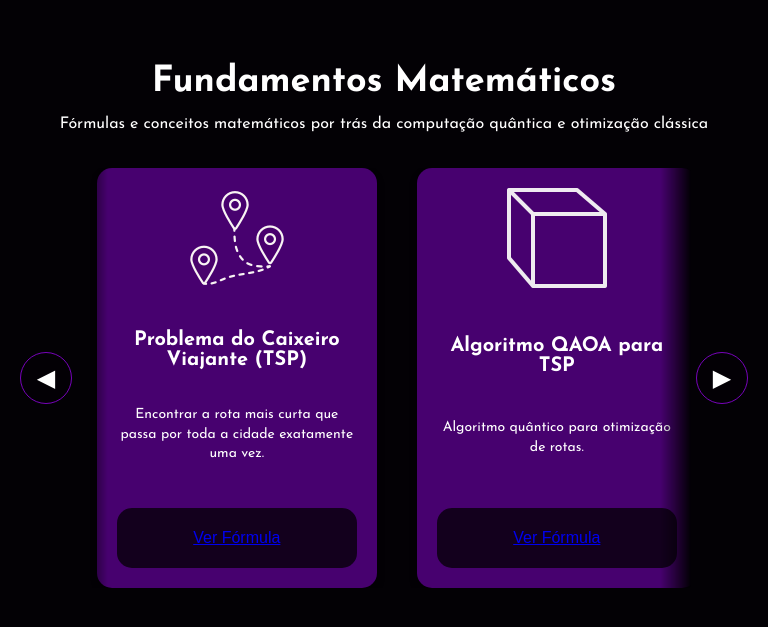
Repository: Everson9/Projeto-de-escalabilidade-quantica-definitivo
Page: fundamentos.html
The author's editor kept a copy of each file at every save. The page is drawn from the files as they stood at one save, then again after the next save.
The browser window is 768 px wide. The pictures show the whole page.

Above is the page before, as saved 2025-10-01 10:16:42.
Not found: script.js

### fundamentos.html
<!DOCTYPE html>
<html lang="pt-br">
<head>
    <meta charset="UTF-8">
    <meta name="viewport" content="width=device-width, initial-scale=1.0">
    <title>Carrossel Avançado</title>
    <link rel="stylesheet" href="fundamentos.css">
    <link href="https://fonts.googleapis.com/css2?family=Josefin+Sans:wght@400;700&display=swap" rel="stylesheet">
</head>
<body>

    <div class="fundamentos-matematicos">
        <h1>Fundamentos Matemáticos</h1>
        <p>Fórmulas e conceitos matemáticos por trás da computação quântica e otimização clássica</p>
    </div>

    <!-- Wrapper para o carrossel e as setas -->
    <div class="carousel-wrapper">
        <!-- Seta Esquerda -->
        <div id="prev-btn" class="carousel-btn">&#9664;</div>

        <!-- Container do Carrossel -->
        <div class="carousel-container">
            <div class="carousel-track">
                <!-- Cards Originais (Apenas os 4 originais são necessários, o JS cuidará da clonagem ) -->
                <div class="formula_1">
                    <img src="imgs_icones/CaixeiroViajante.png" alt="Ícone do Problema do Caixeiro Viajante">
                    <h4>Problema do Caixeiro Viajante (TSP)</h4>
                    <p>Encontrar a rota mais curta que passa por toda a cidade exatamente uma vez.</p>
                    <button class="button"><a href="caixeiroviajante.html">Ver Fórmula</a></button>
                </div>
                <div class="formula_1">
                    <img src="imgs_icones/QAOA.png" alt="Ícone do Algoritmo QAOA">
                    <h4>Algoritmo QAOA para TSP</h4>
                    <p>Algoritmo quântico para otimização de rotas.</p>
                    <button class="button"><a href="AlgoritmoQAOA.html">Ver Fórmula</a></button>
                </div>
                <div class="formula_1">
                    <img src="imgs_icones/OtimizacaoPortfolio.png" alt="Ícone de Otimização de Portfólio">
                    <h4>Otimização de Portfólio</h4>
                    <p>Distribuir investimentos para maximizar retornos.</p>
                    <button class="button"><a href="Portifolio.html">Ver Fórmula</a></button>
                </div>
                <div class="formula_1">
                    <img src="imgs_icones/ComplexidadeComputacional.png" alt="Ícone de Complexidade Computacional">
                    <h4>Complexidade Computacional</h4>
                    <p>Resolver problemas que crescem com muitos elementos.</p>
                    <button class="button"><a href="Complexidade.html">Ver Fórmula</a></button>
                </div>
            </div>
        </div>

        <!-- Seta Direita -->
        <div id="next-btn" class="carousel-btn">&#9654;</div>
    </div>

    <!-- NOVO: Container para os indicadores (pontos) -->
    <div class="carousel-indicators"></div>

    <!-- Adicionando o arquivo JavaScript -->
    <script src="script.js"></script>

</body>
</html>

### fundamentos.css
body {
    background-color: #030105;
    font-family: 'Josefin Sans', sans-serif;
    color: #fff;
    margin: 0;
    padding: 0;
    display: flex;
    flex-direction: column;
    align-items: center;
    justify-content: flex-start;
    text-decoration: none;
    overflow-x: hidden; /* Esconde a barra de rolagem horizontal */
}

.fundamentos-matematicos {
    text-align: center;
    color: white;
    margin-top: 40px;
    margin-bottom: 20px;
}

h1 {
    font-size: 36px;
    margin-bottom: 10px;
}

/* Estilos dos Cards */
.formula_1 {
    width: 240px;
    height: 380px;
    background-color: #7703BA96;
    border-radius: 15px;
    padding: 20px;
    display: flex;
    flex-direction: column;
    justify-content: space-between;
    box-shadow: 0 4px 8px rgba(0, 0, 0, 0.2);
    margin: 0 20px; /* Espaçamento entre os cards */
    flex-shrink: 0; /* Impede que os cards encolham */
}

.formula_1 h4 {
    font-size: 20px;
    margin-bottom: 10px;
    text-align: center;
}

.formula_1 img {
    width: 100px;
    height: 100px;
    margin: 0 auto;
}

.formula_1 p {
    text-align: center;
    font-size: 14px;
    line-height: 1.4;
    margin-top: 10px;
}

.button {
    background-color: #030105C2;
    border: none;
    padding: 10px;
    color: white;
    font-size: 16px;
    text-align: center;
    height: 60px;
    border-radius: 15px;
    cursor: pointer;
    text-decoration: none;
    margin-top: 15px;
    transition: background-color 0.3s;
}

.button:hover {
    background-color: #ffffffc2;
    color: #030105;
}

/* --- Novas Classes para o Carrossel --- */

.carousel-wrapper {
    position: relative; /* Necessário para posicionar as setas */
    width: 100%;
    display: flex;
    align-items: center;
    justify-content: center;
}

.carousel-container {
    width: 80%; /* Ajuste a largura conforme necessário */
    overflow: hidden;
    -webkit-mask-image: linear-gradient(to right, transparent, black 5%, black 95%, transparent);
    mask-image: linear-gradient(to right, transparent, black 5%, black 95%, transparent);
}

.carousel-track {
    display: flex;
    /* Removemos a animação automática */
    transition: transform 0.5s ease-in-out; /* Adiciona uma transição suave */
}

.carousel-btn {
    position: absolute;
    top: 50%;
    transform: translateY(-50%);
    background-color: rgba(3, 1, 5, 0.8);
    color: white;
    border: 1px solid #7703BA;
    border-radius: 50%;
    width: 50px;
    height: 50px;
    display: flex;
    align-items: center;
    justify-content: center;
    font-size: 24px;
    cursor: pointer;
    z-index: 10;
    transition: background-color 0.3s, transform 0.2s;
}

.carousel-btn:hover {
    background-color: #7703BA;
    transform: translateY(-50%) scale(1.1);
}

#prev-btn {
    left: 20px; /* Posição da seta esquerda */
}

#next-btn {
    right: 20px; /* Posição da seta direita */
}

After the next save:
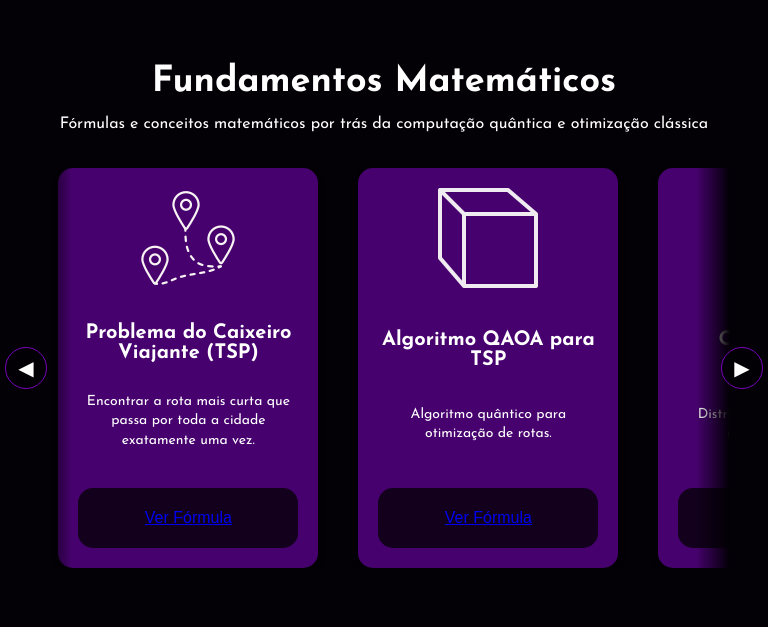
Saved 21 s later.
--- a/fundamentos.css
+++ b/fundamentos.css
@@ -132,3 +132,60 @@
 #next-btn {
     right: 20px; /* Posição da seta direita */
 }
+
+/* --- Estilos para os Indicadores (Pontos) --- */
+.carousel-indicators {
+    display: flex;
+    justify-content: center;
+    margin-top: 20px;
+}
+
+.indicator-dot {
+    width: 12px;
+    height: 12px;
+    border-radius: 50%;
+    background-color: #777;
+    margin: 0 5px;
+    cursor: pointer;
+    transition: background-color 0.3s ease;
+}
+
+.indicator-dot.active {
+    background-color: #7703BA; /* Cor roxa para o ponto ativo */
+}
+
+/* --- Ajuste para a funcionalidade de arrastar --- */
+.carousel-track.grabbing {
+    cursor: grabbing; /* Muda o cursor enquanto o usuário arrasta */
+}
+
+.carousel-track.grabbing .formula_1 {
+    pointer-events: none; /* Impede que links/botões sejam clicados durante o arrasto */
+}
+
+/* --- Media Query para Responsividade --- */
+@media (max-width: 768px) {
+    .carousel-container {
+        width: 90%; /* Ocupa mais espaço em telas menores */
+    }
+
+    .carousel-btn {
+        width: 40px;
+        height: 40px;
+        font-size: 20px;
+    }
+
+    #prev-btn {
+        left: 5px; /* Aproxima as setas das bordas */
+    }
+
+    #next-btn {
+        right: 5px;
+    }
+
+    .formula_1 {
+        /* Opcional: reduzir um pouco o tamanho dos cards em telas muito pequenas */
+        width: 220px;
+        height: 360px;
+    }
+}
